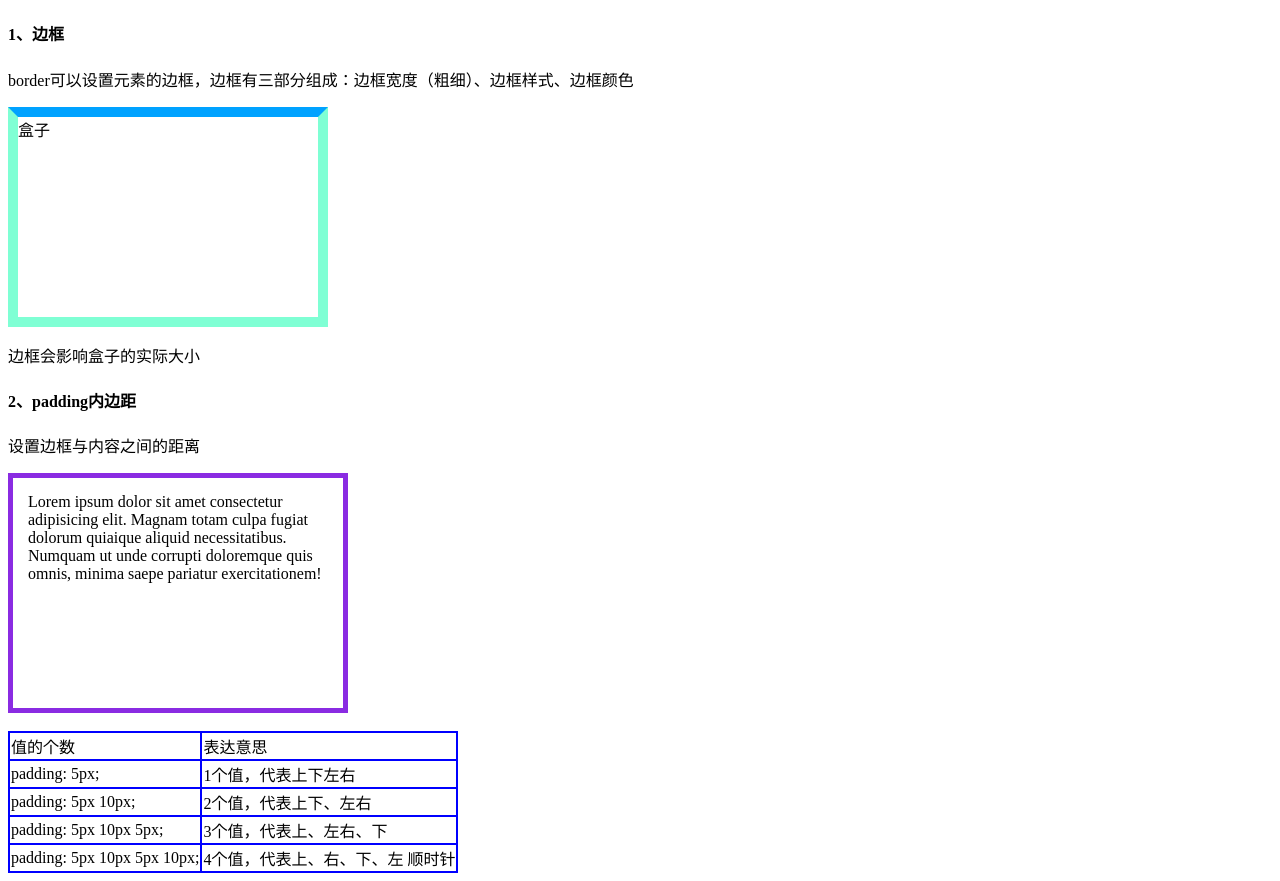
Repository: zhengdeya/web-based
Page: 27-盒子模型.html
These files come from the project's save history. The page is drawn as it stood at one moment and after the next save; the edit follows.
The browser window is 1280 px wide. The pictures show the whole page.

Above is the page before, as saved 2021-04-09 16:33:17.

### 27-盒子模型.html
<!DOCTYPE html>
<html lang="en">

<head>
    <meta charset="UTF-8">
    <meta http-equiv="X-UA-Compatible" content="IE=edge">
    <meta name="viewport" content="width=device-width, initial-scale=1.0">
    <title>盒子模型</title>
    <style>
        .box {
            width: 300px;
            height: 200px;

        }



        .border1 {
            /* 边框粗细 一般用 px 做单位*/
            border-width: 10px;

            /* 实线边框 dashed 为虚线 */
            border-style: solid;
            /* border-style: dashed; */

            /* 边框颜色 */
            border-color: aquamarine;

            /* 复合写法，没有顺序 */
            /* border: 1px solid red; */

            /* 单独制定某条边框 */
            border-top-color: rgb(0, 162, 255);
        }

        .border2 {
            border: 5px solid blueviolet;
        }

        .padding1 {
            padding-left: 15px;
            padding-right: 15px;
            padding-top: 15px;
            padding-bottom: 15px;
        }

        table,
        td {
            border: 1px solid blue;
        }
    </style>
</head>

<body>
    <h4>1、边框</h4>
    <p>border可以设置元素的边框，边框有三部分组成：边框宽度（粗细）、边框样式、边框颜色</p>
    <div class="box border1">盒子</div>
    <p>边框会影响盒子的实际大小</p>

    <h4>2、padding内边距</h4>
    <p>设置边框与内容之间的距离</p>
    <div class="box border2 padding1">Lorem ipsum dolor sit amet consectetur adipisicing elit. Magnam totam
        culpa fugiat
        dolorum
        quiaique aliquid
        necessitatibus. Numquam ut
        unde corrupti doloremque quis omnis, minima saepe pariatur exercitationem!</div>
    <br>
    <table cellspacing="0">
        <thead>
            <tr>
                <td>值的个数</td>
                <td>表达意思</td>
            </tr>
        </thead>
        <tbody>
            <tr>
                <td>
                    padding: 5px;
                </td>
                <td>
                    1个值，代表上下左右
                </td>
            </tr>
            <tr>
                <td>
                    padding: 5px 10px;
                </td>
                <td>
                    2个值，代表上下、左右
                </td>
            </tr>
            <tr>
                <td>
                    padding: 5px 10px 5px;
                </td>
                <td>
                    3个值，代表上、左右、下
                </td>
            </tr>
            <tr>
                <td>
                    padding: 5px 10px 5px 10px;
                </td>
                <td>
                    4个值，代表上、右、下、左 顺时针
                </td>
            </tr>
        </tbody>
    </table>
</body>

</html>

After the next save:
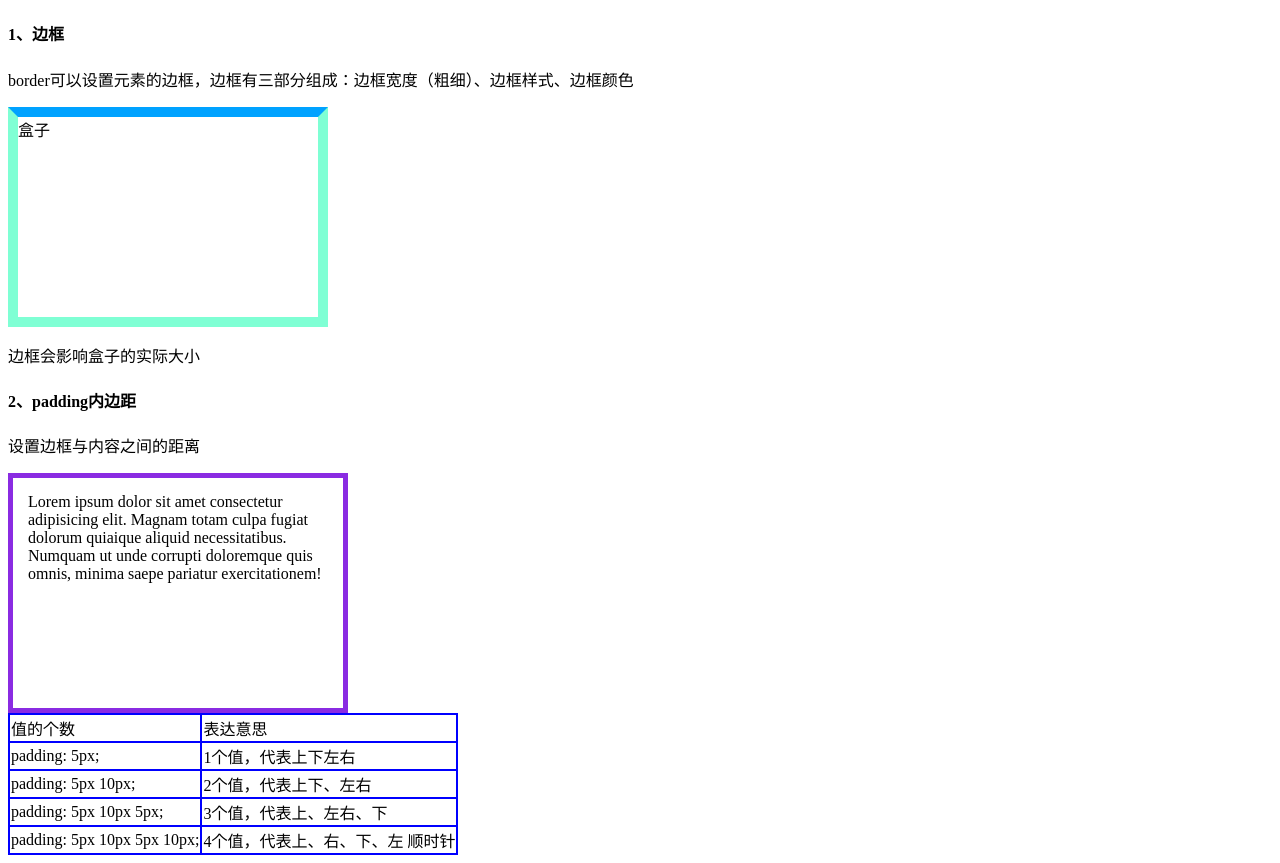
Saved 18 s later.
--- a/27-盒子模型.html
+++ b/27-盒子模型.html
@@ -13,7 +13,9 @@
 
         }
 
-
+        .inlinebox {
+            display: inline-block;
+        }
 
         .border1 {
             /* 边框粗细 一般用 px 做单位*/
@@ -59,13 +61,12 @@
 
     <h4>2、padding内边距</h4>
     <p>设置边框与内容之间的距离</p>
-    <div class="box border2 padding1">Lorem ipsum dolor sit amet consectetur adipisicing elit. Magnam totam
+    <div class="box border2 padding1 inlinebox">Lorem ipsum dolor sit amet consectetur adipisicing elit. Magnam totam
         culpa fugiat
         dolorum
         quiaique aliquid
         necessitatibus. Numquam ut
         unde corrupti doloremque quis omnis, minima saepe pariatur exercitationem!</div>
-    <br>
     <table cellspacing="0">
         <thead>
             <tr>

After the 3 saves that followed:
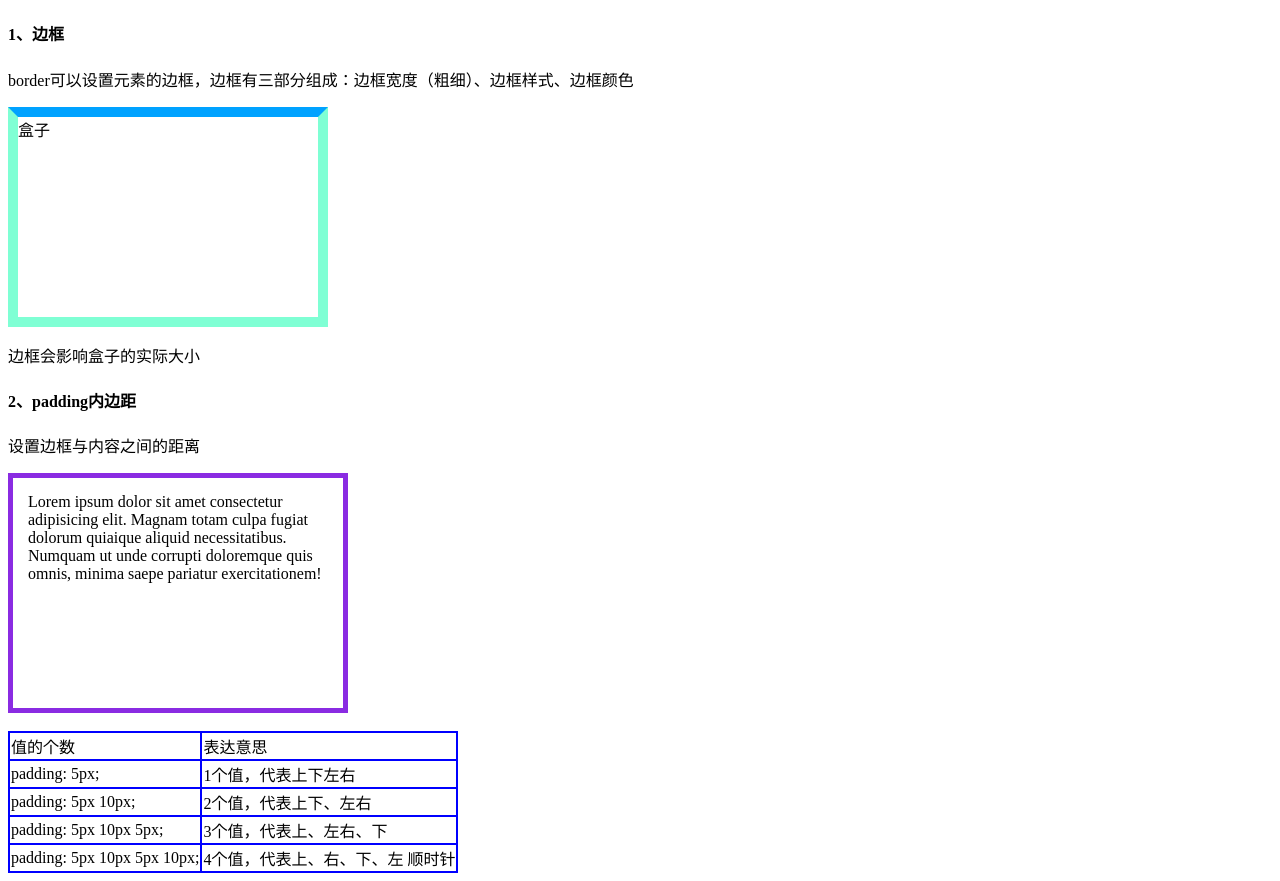
The 3 saves are shown as one change because 2 left the picture as it was.
The last was saved 86 s later.
--- a/27-盒子模型.html
+++ b/27-盒子模型.html
@@ -13,9 +13,7 @@
 
         }
 
-        .inlinebox {
-            display: inline-block;
-        }
+
 
         .border1 {
             /* 边框粗细 一般用 px 做单位*/
@@ -61,12 +59,13 @@
 
     <h4>2、padding内边距</h4>
     <p>设置边框与内容之间的距离</p>
-    <div class="box border2 padding1 inlinebox">Lorem ipsum dolor sit amet consectetur adipisicing elit. Magnam totam
+    <div class="box border2 padding1">Lorem ipsum dolor sit amet consectetur adipisicing elit. Magnam totam
         culpa fugiat
         dolorum
         quiaique aliquid
         necessitatibus. Numquam ut
         unde corrupti doloremque quis omnis, minima saepe pariatur exercitationem!</div>
+    <br>
     <table cellspacing="0">
         <thead>
             <tr>
